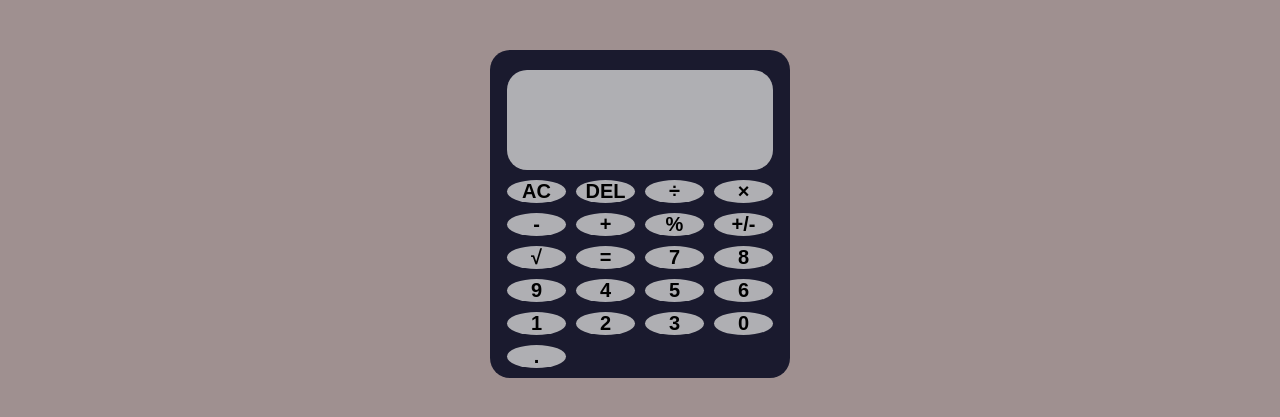
Repository: MikkyPrestige/js-calculator
Page: index.html
An editor plug-in stored every save of this project. The page is shown before and after the next save, followed by the edit.
The browser window is 1280 px wide. The pictures show the whole page.

Above is the page before, as saved 2023-05-08 01:14:12.

After the next save:
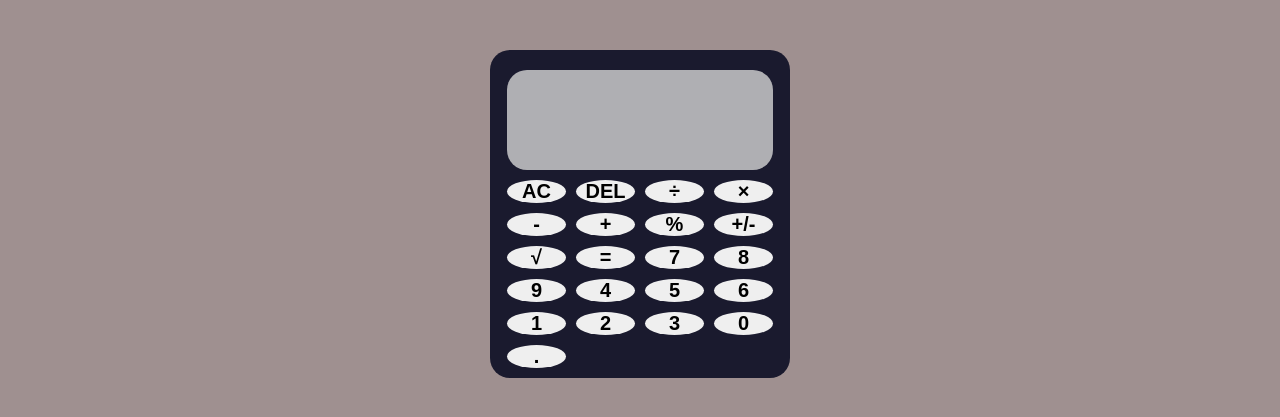
Saved 35 s later.
--- a/index.css
+++ b/index.css
@@ -83,7 +83,6 @@ main {
 }
 
 .btn {
-  background: #AFAFB3;
   border-radius: 50%;
   -webkit-border-radius: 50%;
   -moz-border-radius: 50%;
